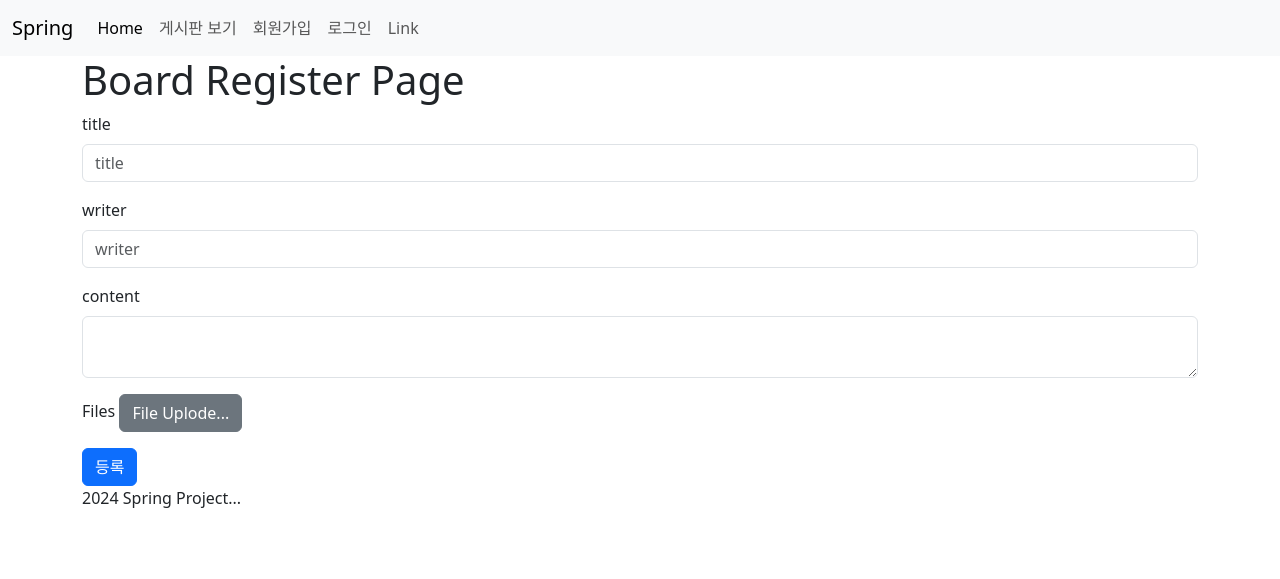
Repository: oco0217/springTest240430
Page: http://localhost/spring_study/WEB-INF/views/board/register.jsp
An editor plug-in stored every save of this project. The page is shown before and after the next save, followed by the edit.
The browser window is 1280 px wide. The pictures show the whole page.
The page is served by Tomcat 9. Nobody is signed in. The template is opened directly, without the code that normally fills it, so the values that code supplies are empty.

Above is the page before, as saved 2024-04-29 01:36:28.

### spring_study/src/main/webapp/WEB-INF/views/board/register.jsp
<%@ page language="java" contentType="text/html; charset=UTF-8"
    pageEncoding="UTF-8"%>
<jsp:include page="../layout/header.jsp" />

<div  class="container-md">
<h1>Board Register Page</h1>
<form action="/board/insert" method="post" enctype="multipart/form-data">

<div class="mb-3">
  <label for="t" class="form-label">title</label>
  <input type="text" class="form-control" id="t" placeholder="title" name="title">
</div>
<div class="mb-3">
  <label for="w" class="form-label">writer</label>
  <input type="text" class="form-control" id="w" placeholder="writer" name="writer" value="${ses.id }" readonly="readonly">
</div>
<div class="mb-3">
  <label for="w" class="form-label">content</label>
  <textarea class="form-control" id="c" name="content" aria-label="With textarea"></textarea>
</div>

<!-- 파일 입력라인 추가 -->

<div class="mb-3">
  <label for="file" class="form-label">Files</label>
  <input type="file" class="form-control" id="file" name="file" multiple="multiple" style="display: none">
  <button type="button" class="btn btn-secondary">File Uplode...</button>
</div>

<button type="submit" class="btn btn-primary">등록</button>

</form>
</div>
<jsp:include page="../layout/footer.jsp" />

### spring_study/src/main/webapp/WEB-INF/views/layout/header.jsp
<%@ page language="java" contentType="text/html; charset=UTF-8"
    pageEncoding="UTF-8"%>
    <%@ taglib uri="http://java.sun.com/jsp/jstl/core" prefix="c" %>
<!DOCTYPE html>
<html>
<head>
<meta charset="UTF-8">
<title>header.jsp</title>
<link href="https://cdn.jsdelivr.net/npm/bootstrap@5.3.3/dist/css/bootstrap.min.css" rel="stylesheet" integrity="sha384-QWTKZyjpPEjISv5WaRU9OFeRpok6YctnYmDr5pNlyT2bRjXh0JMhjY6hW+ALEwIH" crossorigin="anonymous">
<script src="https://cdn.jsdelivr.net/npm/bootstrap@5.3.3/dist/js/bootstrap.bundle.min.js" integrity="sha384-YvpcrYf0tY3lHB60NNkmXc5s9fDVZLESaAA55NDzOxhy9GkcIdslK1eN7N6jIeHz" crossorigin="anonymous"></script>
</head>
<body>
<nav class="navbar navbar-expand-lg bg-body-tertiary">
  <div class="container-fluid">
    <a class="navbar-brand" href="#">Spring</a>
    <button class="navbar-toggler" type="button" data-bs-toggle="collapse" data-bs-target="#navbarSupportedContent" aria-controls="navbarSupportedContent" aria-expanded="false" aria-label="Toggle navigation">
      <span class="navbar-toggler-icon"></span>
    </button>
    <div class="collapse navbar-collapse" id="navbarSupportedContent">
      <ul class="navbar-nav me-auto mb-2 mb-lg-0">
        <li class="nav-item">
          <a class="nav-link active" aria-current="page" href="/">Home</a>
        </li>
        <c:if test="${ses ne null }">
        <li class="nav-item">
          <a class="nav-link" href="/board/register">게시판 글쓰기</a>
        </li>
        </c:if>
        <li class="nav-item">
          <a class="nav-link" href="/board/list">게시판 보기</a>
        </li>
        <c:if test="${ses eq null }">
        <li class="nav-item">
          <a class="nav-link" href="/member/register">회원가입</a>
        </li>
        <li class="nav-item">
          <a class="nav-link" href="/member/login">로그인</a>
        </li>
        </c:if>
        <c:if test="${ses ne null }">
        <li class="nav-item">
          <a class="nav-link" href="/member/logout">로그아웃</a>
        </li>
        <li class="nav-item">
          <a class="nav-link" href="/member/modify">${ses.id }(${ses.email }) Welcome!!</a>
        </li>
        </c:if>
        <li class="nav-item">
          <a class="nav-link" href="http://www.google.com" target="_blank" >Link</a>
        </li>
      </ul>
    </div>
  </div>
</nav>

### spring_study/src/main/webapp/WEB-INF/views/layout/footer.jsp
<%@ page language="java" contentType="text/html; charset=UTF-8"
    pageEncoding="UTF-8"%>

<div class="container-md">
2024 Spring Project...
</div>

</body>
</html>

After the next save:
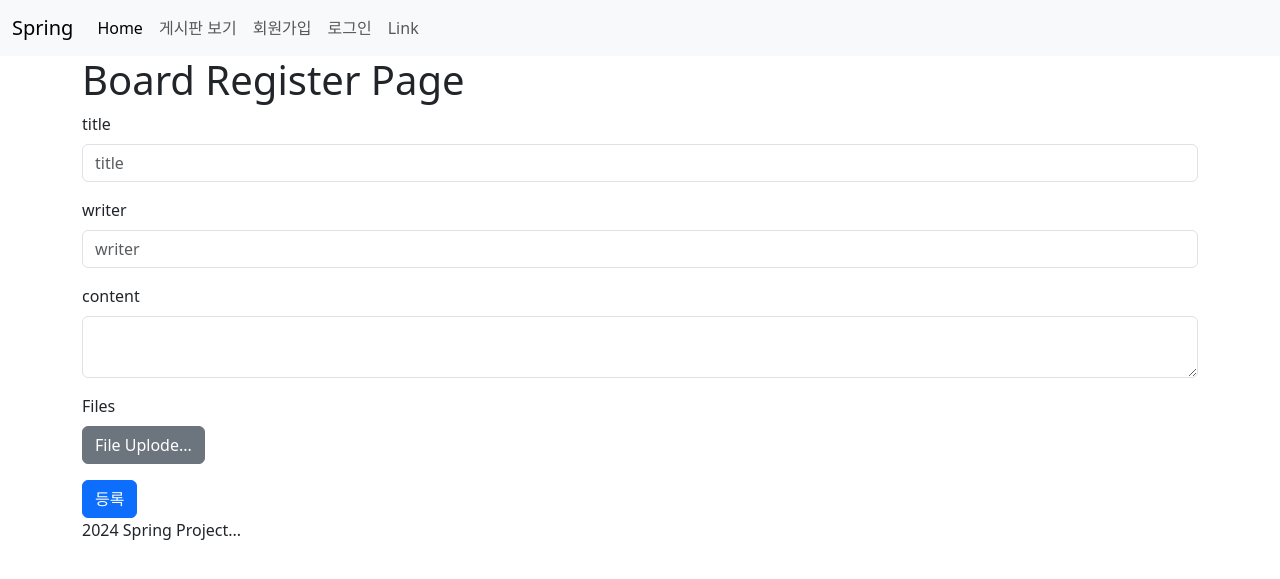
Saved 9 s later.
--- a/spring_study/src/main/webapp/WEB-INF/views/board/register.jsp
+++ b/spring_study/src/main/webapp/WEB-INF/views/board/register.jsp
@@ -23,7 +23,7 @@
 
 <div class="mb-3">
   <label for="file" class="form-label">Files</label>
-  <input type="file" class="form-control" id="file" name="file" multiple="multiple" style="display: none">
+  <input type="file" class="form-control" id="file" name="file" multiple="multiple" style="display: none"> <br>
   <button type="button" class="btn btn-secondary">File Uplode...</button>
 </div>
 
